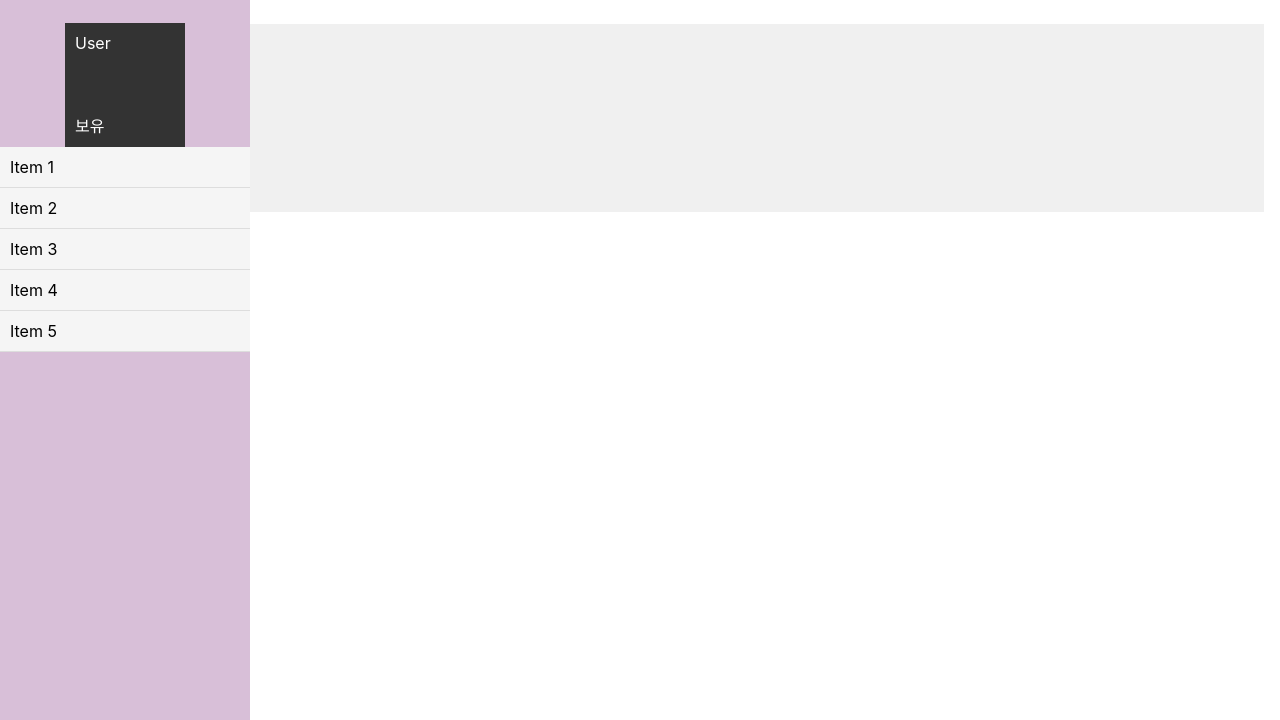
Repository: ohjjoa/reactTest
Page: /, after clicking the first element matching `img`
An editor plug-in stored every save of this project. The page is shown before and after the next save, followed by the edit.
The browser window is 1280 px wide. The pictures show the whole page.
The project was rebuilt for these pictures with package versions that can differ from the ones it lists, and the page was loaded fresh each time.

Above is the page before, as saved 2024-08-02 05:24:23.

### src/App.tsx
import { BrowserRouter as Router, Route, Routes } from 'react-router-dom';
import Home from './pages/Home';

function App() {
  return (
    <Router>
      <Routes>
        <Route path="/" element={<Home />} />
        {/* 다른 Route 추가 가능 */}
      </Routes>
    </Router>
  );
}

export default App;

### src/pages/Home/index.tsx
import React, { useState, useRef, useEffect } from 'react';
import { FixedSizeList as List } from 'react-window';
import { TestContainer, Sidebar, SidebarOpen } from './styles';
import icBurger from '../../assets/ic_burger.svg';

// 리스트 항목의 데이터
const items = new Array(5).fill(null).map((_, index) => `Item ${index + 1}`);

const Home = () => {
  const [sideBarOpen, setSideBarOpen] = useState(false);
  const sidebarRef = useRef<HTMLDivElement>(null);
  const backgroundRef = useRef<HTMLDivElement>(null);

  const burgerClick = () => {
    setSideBarOpen(!sideBarOpen);
  };

  const handleClickOutside = (event: MouseEvent | TouchEvent) => {
    if (
      sidebarRef.current &&
      !sidebarRef.current.contains(event.target as Node) &&
      backgroundRef.current &&
      !backgroundRef.current.contains(event.target as Node)
    ) {
      setSideBarOpen(false);
    }
  };

  useEffect(() => {
    const handleContextMenu = (event: MouseEvent) => {
      event.preventDefault(); // 기본 우클릭 메뉴 막기
      event.stopPropagation(); // 이벤트 전파 막기
      return false;
    };

    window.addEventListener('contextmenu', handleContextMenu);
    // 데스크탑 환경
    document.addEventListener('mousedown', handleClickOutside);
    // 모바일 환경
    document.addEventListener('touchstart', handleClickOutside);

    return () => {
      window.removeEventListener('contextmenu', handleContextMenu);
      document.removeEventListener('mousedown', handleClickOutside);
      document.removeEventListener('touchstart', handleClickOutside);
    };
  }, []);

  // 사이드바 아이템 렌더링
  const Row = ({ index, style }: { index: number; style: React.CSSProperties }) => (
    <div
      style={{
        backgroundColor: '#f5f5f5', // 아이템의 배경 색상
        padding: '10px', // 아이템의 패딩
        borderBottom: '1px solid #ddd', // 아이템 하단의 경계선 (선택 사항)
        boxSizing: 'border-box', // 패딩과 경계선이 요소의 전체 크기에 포함되도록
        color: '#000', // 텍스트 색상
        width: '100%', // 너비를 부모 요소에 맞추기
      }}
    >
      {items[index]}
    </div>
  );

  return (
    <div ref={backgroundRef}>
      <TestContainer>
        <img
          src={icBurger}
          alt="Burger Icon"
          style={{
            maxWidth: '100%',
            height: 'auto',
            cursor: 'pointer',
            marginTop: '50px',
          }}
          onClick={burgerClick} // 클릭 이벤트로 사이드바 열기/닫기 처리
        />
      </TestContainer>

      {sideBarOpen && (
        <SidebarOpen ref={sidebarRef} style={{ display: 'flex', flexDirection: 'column', width: '250px' }}>
          <div style={{ padding: '10px', backgroundColor: '#333', color: '#fff', width: '100px', height: '60px' }}>
            User
          </div>
          <div style={{ padding: '10px', backgroundColor: '#333', color: '#fff', width: '100px' }}>
            보유
          </div>
          <List
            height={550} // 사이드바의 높이에서 연락처의 높이를 제외한 값
            itemCount={items.length} // 아이템 수
            itemSize={50} // 아이템의 높이
            width={250} // 사이드바의 너비
          >
            {Row}
          </List>
        </SidebarOpen>
      )}
      {!sideBarOpen && (
        <Sidebar ref={sidebarRef}>
          <div>Sidebar Content</div>
        </Sidebar>
      )}
    </div>
  );
};

export default Home;

### src/pages/Home/styles.tsx
import { styled } from '@stitches/react';

const TestContainer = styled('div', {
  paddingLeft: '16px',
  paddingRight: '16px',
  marginTop: '24px',
  paddingBottom: '110px',
  backgroundColor: '#f0f0f0',
  marginLeft: '16px',
  marginRight: '16px',
});

const Sidebar = styled('div', {
  position: 'fixed',
  top: 0,
  left: '-250px', // 사이드바가 화면 밖으로 숨겨져 있도록 설정
  width: '250px',
  height: '100%',
  backgroundColor: '#D8BFD8',
  color: 'white',
  transition: 'left 0.3s ease', // 애니메이션 효과
  display: 'flex',
  alignItems: 'center',
  justifyContent: 'center',
  zIndex: 1000, // 사이드바가 다른 요소 위에 오도록 설정
});

const SidebarOpen = styled(Sidebar, {
  left: 0, // 사이드바가 화면에 보이도록 설정
});


export { TestContainer, Sidebar, SidebarOpen };

Loaded but not shown: public/index.html (common file); src/index.tsx (common file); src/index.css (common file); src/reportWebVitals.ts (common file)

After the next save:
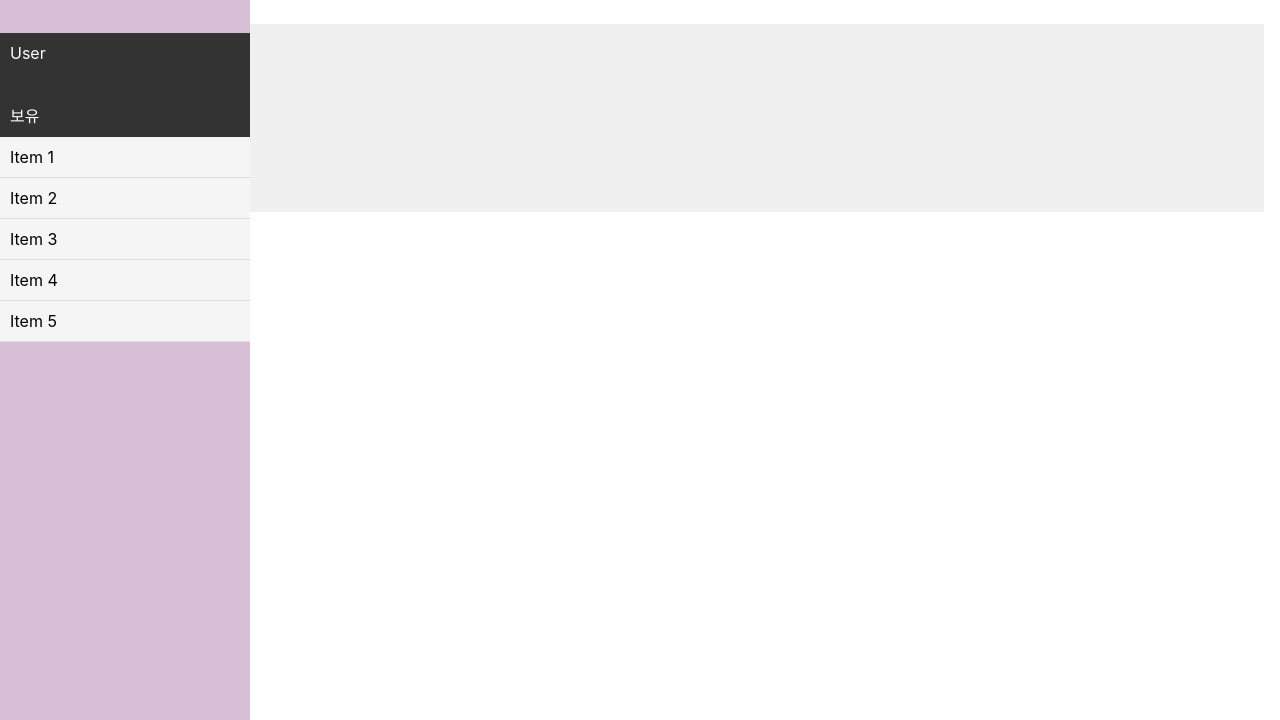
Saved 2 min 31 s later.
--- a/src/pages/Home/index.tsx
+++ b/src/pages/Home/index.tsx
@@ -80,10 +80,29 @@ const Home = () => {
 
       {sideBarOpen && (
         <SidebarOpen ref={sidebarRef} style={{ display: 'flex', flexDirection: 'column', width: '250px' }}>
-          <div style={{ padding: '10px', backgroundColor: '#333', color: '#fff', width: '100px', height: '60px' }}>
+          <div style={{
+            padding: '10px',
+            backgroundColor: '#333',
+            color: '#fff',
+            width: '100%', // 사이드바와 같은 너비
+            height: '60px',
+            boxSizing: 'border-box', // 패딩이 요소의 총 너비에 포함되도록
+            overflow: 'hidden', // 텍스트 넘칠 때 숨기기
+            textOverflow: 'ellipsis', // 텍스트 넘칠 때 '...' 표시
+            whiteSpace: 'nowrap', // 텍스트 줄 바꿈 방지
+          }}>
             User
           </div>
-          <div style={{ padding: '10px', backgroundColor: '#333', color: '#fff', width: '100px' }}>
+          <div style={{
+            padding: '10px',
+            backgroundColor: '#333',
+            color: '#fff',
+            width: '100%', // 사이드바와 같은 너비
+            boxSizing: 'border-box', // 패딩이 요소의 총 너비에 포함되도록
+            overflow: 'hidden', // 텍스트 넘칠 때 숨기기
+            textOverflow: 'ellipsis', // 텍스트 넘칠 때 '...' 표시
+            whiteSpace: 'nowrap', // 텍스트 줄 바꿈 방지
+          }}>
             보유
           </div>
           <List
